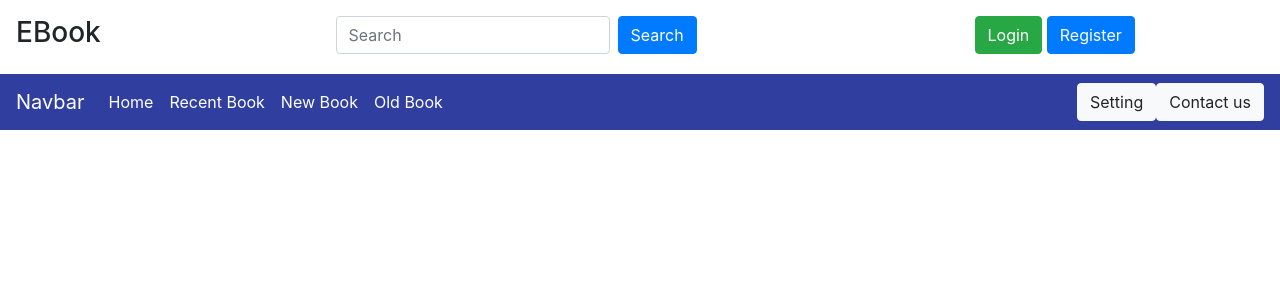
Repository: DaoThanhLam/eProjectKy4
Page: http://localhost/bookma_pro/
These files come from the project's save history. The page is drawn as it stood at one moment and after the next save; the edit follows.
The browser window is 1280 px wide. The pictures show the whole page.
Some icons come from a web library that is not loaded, so they are not drawn. Some web libraries are served in a nearby version. The page is served by Tomcat 9.

Above is the page before, as saved 2024-11-14 01:24:41.

After the next save:
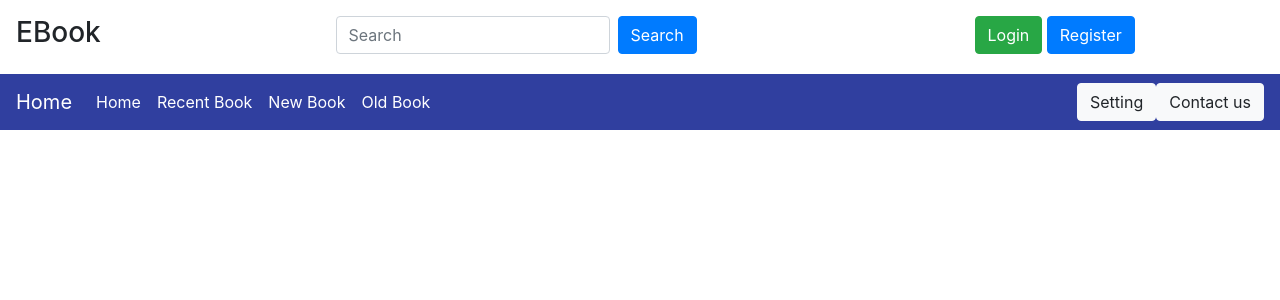
Saved 2 min 59 s later.
--- a/bookma_pro/src/main/webapp/components/navbar.jsp
+++ b/bookma_pro/src/main/webapp/components/navbar.jsp
@@ -19,7 +19,7 @@
 </div>
 
 <nav class="navbar navbar-expand-lg navbar-dark bg-custom">
-  <a class="navbar-brand" href="#">Navbar</a>
+  <a class="navbar-brand" href="#"><i class="fa-light fa-house-chimney"></i>Home</a>
   <button class="navbar-toggler" type="button" data-toggle="collapse" data-target="#navbarSupportedContent" aria-controls="navbarSupportedContent" aria-expanded="false" aria-label="Toggle navigation">
     <span class="navbar-toggler-icon"></span>
   </button>
